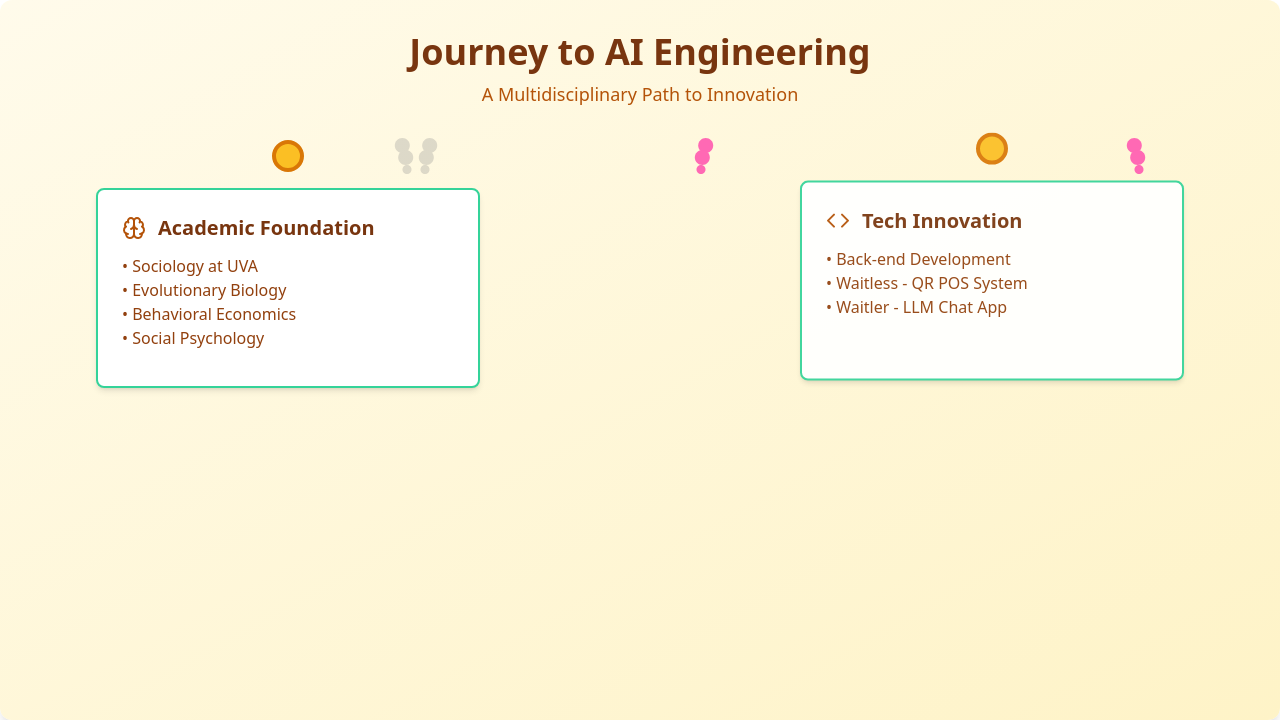
Repository: Galbaz1/dell_presentation
Page: /
These files come from the project's save history. The page is drawn as it stood at one moment and after a run of saves; the edit follows.
The browser window is 1280 px wide. The pictures show the whole page.
The project was rebuilt for these pictures with package versions that can differ from the ones it lists, and the page was loaded fresh each time. The framework's server and built-in components were replaced by stand-ins that run in the browser.

Above is the page before, as saved 2024-11-11 12:42:25.

After the next 4 saves:
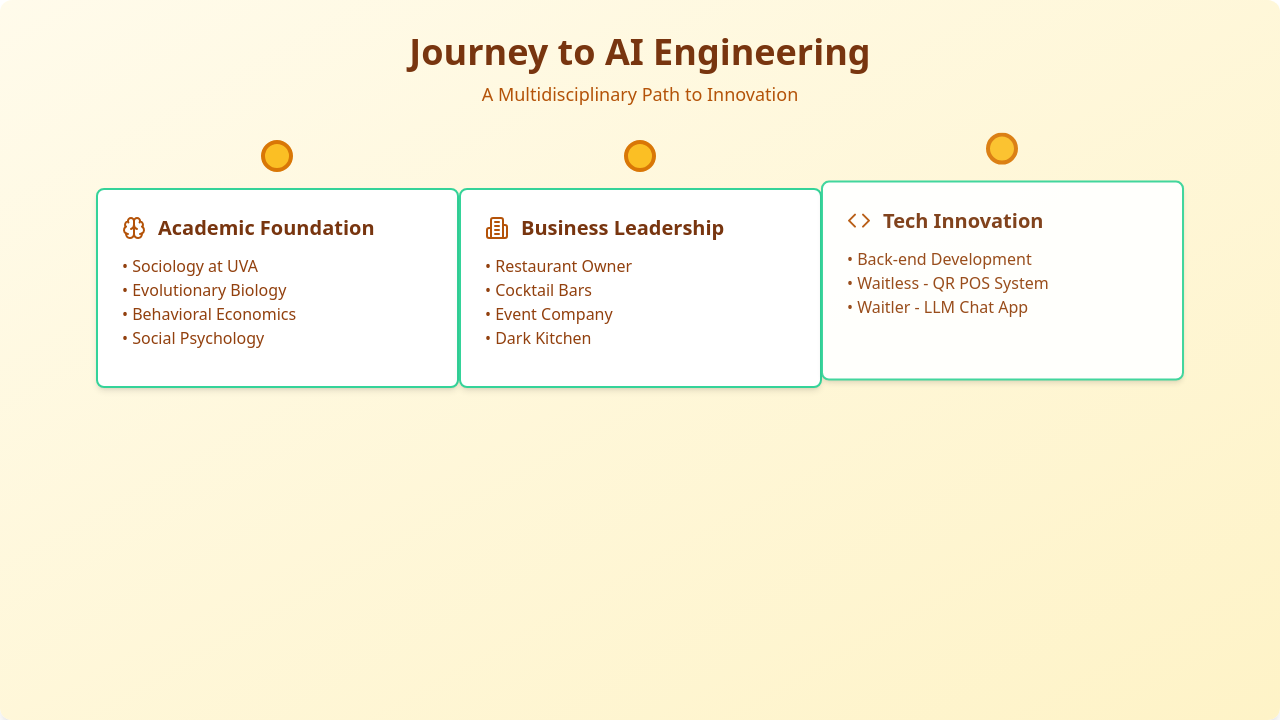
The 4 saves are shown as one change because they came seconds apart.
The last was saved 9 min 34 s later.
--- a/pages/index.tsx
+++ b/pages/index.tsx
@@ -1,21 +1,7 @@
-import React, { useState, useCallback, useEffect } from 'react';
+import React from 'react';
 import { Brain, Building2, Code, Users, ArrowRight, RefreshCcw } from 'lucide-react';
-import dynamic from 'next/dynamic';
-
-const WalkingFootsteps = dynamic(() => import('../components/WalkingFootsteps'), { ssr: false });
 
 const SpeakerSlide: React.FC = () => {
-  const [showSecondBlock, setShowSecondBlock] = useState(false);
-  const [showFootsteps, setShowFootsteps] = useState(false);
-
-  useEffect(() => {
-    const timer = setTimeout(() => {
-      setShowFootsteps(true);
-    }, 2000); // Adjust timing based on your fall animation duration
-
-    return () => clearTimeout(timer);
-  }, []);
-
   return (
     <div className="bg-gradient-to-br from-amber-50 to-amber-100 p-8 rounded-xl shadow-lg min-h-screen overflow-hidden">
       {/* Header */}
@@ -46,32 +32,23 @@ const SpeakerSlide: React.FC = () => {
             </div>
           </div>
 
-          {showFootsteps && (
-            <WalkingFootsteps
-              startX={384} // Adjust based on your layout
-              startY={0}
-              onComplete={() => setShowSecondBlock(true)}
-            />
-          )}
-
-          {showSecondBlock && (
-            <div className="w-96 relative fall-animation fall-animation-delay-1">
-              <div className="absolute -top-4 left-1/2 transform -translate-x-1/2">
-                <div className="w-8 h-8 rounded-full bg-amber-400 border-4 border-amber-600" />
-              </div>
-              <div className="bg-white p-6 rounded-lg shadow-md mt-8 h-[200px] flex flex-col border-2 border-emerald-400">
-                <h2 className="text-xl font-semibold text-amber-900 mb-3 flex items-center">
-                  <Building2 className="mr-3 text-amber-700 w-6 h-6" /> Business Leadership
-                </h2>
-                <ul className="text-base text-amber-800 flex-1">
-                  <li>• Restaurant Owner</li>
-                  <li>• Cocktail Bars</li>
-                  <li>• Event Company</li>
-                  <li>• Dark Kitchen</li>
-                </ul>
-              </div>
+          {/* Business Experience */}
+          <div className="w-96 relative fall-animation fall-animation-delay-1">
+            <div className="absolute -top-4 left-1/2 transform -translate-x-1/2">
+              <div className="w-8 h-8 rounded-full bg-amber-400 border-4 border-amber-600" />
             </div>
-          )}
+            <div className="bg-white p-6 rounded-lg shadow-md mt-8 h-[200px] flex flex-col border-2 border-emerald-400">
+              <h2 className="text-xl font-semibold text-amber-900 mb-3 flex items-center">
+                <Building2 className="mr-3 text-amber-700 w-6 h-6" /> Business Leadership
+              </h2>
+              <ul className="text-base text-amber-800 flex-1">
+                <li>• Restaurant Owner</li>
+                <li>• Cocktail Bars</li>
+                <li>• Event Company</li>
+                <li>• Dark Kitchen</li>
+              </ul>
+            </div>
+          </div>
 
           {/* Tech Innovation */}
           <div className="w-96 relative fall-animation fall-animation-delay-2">
@@ -94,7 +71,7 @@ const SpeakerSlide: React.FC = () => {
 
       {/* Current Roles Synergy Circle */}
       <div className="relative max-w-[1200px] mx-auto mt-24">
-        {/* Synergy Arrows - moved above the flex container for better z-indexing */}
+        {/* Synergy Arrows */}
         <div className="absolute left-0 right-0 mx-auto w-28 top-[80px] synergy-animation z-10">
           <div className="relative w-full h-full">
             <RefreshCcw className="w-full h-full text-amber-600 animate-spin-slow" />
